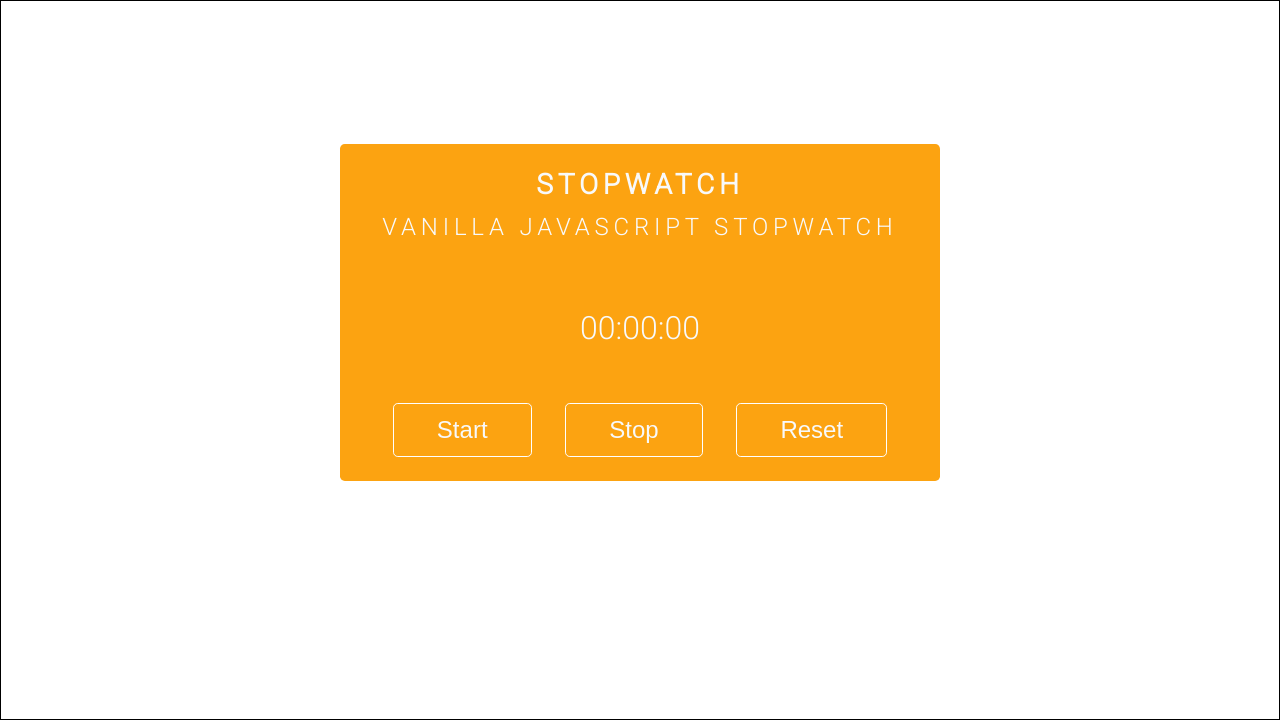
Repository: siaxiong/siaxiong.github.io
Page: doc/stopWatch.html
An editor plug-in stored every save of this project. The page is shown before and after the next save, followed by the edit.
The browser window is 1280 px wide. The pictures show the whole page.

Above is the page before, as saved 2021-03-10 21:34:02.

### doc/stopWatch.html
<!DOCTYPE html>
<html lang="en">

<head>
    <meta charset="UTF-8">
    <meta http-equiv="X-UA-Compatible" content="IE=edge">
    <meta name="viewport" content="width=device-width, initial-scale=1.0">
    <link rel="preconnect" href="https://fonts.gstatic.com">
    <link href="https://fonts.googleapis.com/css2?family=Roboto:wght@300&display=swap" rel="stylesheet">
    <title>StopWatch</title>
</head>

<style>
    * {
        box-sizing: border-box;
        padding: 0;
        margin: 0;
    }


    .container {
        border: 1px solid black;
        height: 100vh;
    }

    .stopwatch {
        margin: 0 auto;
        max-width: 600px;
        width: 100%;

        color: #f8f9fa;
        font-family: 'Roboto', sans-serif;
        text-align: center;

        font-size: 1.5rem;
        border-radius: 0.2em;

    }

    .stopwatch--orange {
        background-color: #fca311;

    }

    .stopwatch__title,
    .stopwatch__time,
    .stopwatch__buttons {
        padding: 1em 1.5em;
        /* margin: 1em 0; */
        /* border: 1px solid yellow; */
    }

    .stopwatch__title {
        overflow-wrap: break-word;
        letter-spacing: 0.2em;
        /* font-size: 1.5rem; */
    }

    .stopwatch__title>* + *{
        margin: 0.5em 0;

    }

    .stopwatch__buttons {
        display: flex;
        justify-content: space-around;
        flex-wrap: wrap;
    }



    .stopwatch__time {
        overflow-wrap: break-word;
        font-size: 2rem;
    }

    .stopwatch__buttons>* {
        border: 1px solid #fff;
        border-radius: 0.2em;
        padding: 0.5em 1.8em;
        font-size: inherit;
        color: inherit;
        background-color: inherit;

    }

    .stopwatch--position {
        position: absolute;
        top: 20%;
        left: 50%;
        transform: translateX(-50%);

    }

    @media only screen and (max-width: 700px) {
        .stopwatch {
            max-width: 90%;
        }
    }

    @media only screen and (max-width:500px) {
        .stopwatch__buttons>* {
            flex: 1;
        }
    }
</style>

<body>

    <!-----USE BEM METHODOLOGY-->
    <div class="container">

        <div class="stopwatch stopwatch--orange stopwatch--medium stopwatch--position">
            <div class="stopwatch__title">
                <h3>STOPWATCH</h3>
                <p>VANILLA JAVASCRIPT STOPWATCH</p>
            </div>

            <div id="stopwatch__time" class="stopwatch__time">
                00:00:00

            </div>

            <div class="stopwatch__buttons">
                <button id="stopwatch__button--start" class="stopwatch__button">
                    Start
                </button>
                <button id="stopwatch__button--stop" class="stopwatch__button">
                    Stop
                </button>
                <button id="stopwatch__button--reset"class="stopwatch__button">
                    Reset
                </button>
            </div>

        </div>

    </div>

    <script>

        let startButton = document.getElementById('stopwatch__button--start');
        let stopButton = document.getElementById('stopwatch__button--stop');
        let resetButton = document.getElementById('stopwatch__button--reset');

        let startTime;
        let elapsedTime = 0;
        let timerInterval;

        startButton.addEventListener("click", start);
        stopButton.addEventListener("click", stop);
        resetButton.addEventListener("click", reset);



        function start(){
            startTime = Date.now() - elapsedTime;
            timerInterval = setInterval(function printTime(){
                elapsedTime = Date.now() - startTime;
                print(timeToString(elapsedTime));
            }, 10)
        }

        function stop(){
            clearInterval(timerInterval);
        }

        function reset(){
            clearInterval(timerInterval);
            print("00:00:00");
            elapsedTime = 0;
        }

        function print(txt){
            document.getElementById("stopwatch__time").innerHTML = txt;
        }

        function timeToString(time) {

            let diffInHrs = time / 3600000;
            let hh = Math.floor(diffInHrs)

            let diffInMin = (diffInHrs - hh) * 60;
            let mm = Math.floor(diffInMin)

            let diffInSec = (diffInMin - mm) * 60;
            let ss = Math.floor(diffInSec);

            let DiffInMs = (diffInSec - ss) * 100;
            let ms = Math.floor(DiffInMs);


            let formattedMM = mm.toString().padStart(2, "0");
            let formattedSS = ss.toString().padStart(2, "0");
            let formattedMS = ms.toString().padStart(2, "0");


            return `${formattedMM}:${formattedSS}:${formattedMS}`;
        }




    </script>


</body>

</html>

After the next save:
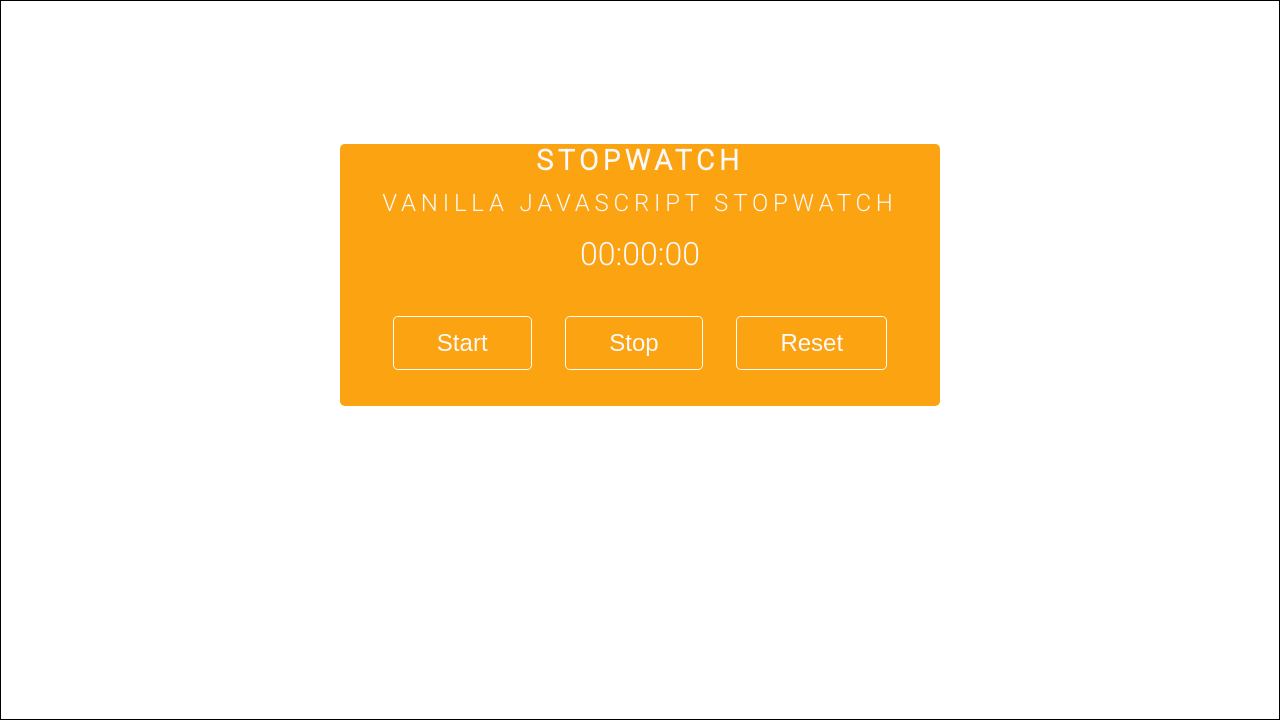
Saved 5 min 11 s later.
--- a/doc/stopWatch.html
+++ b/doc/stopWatch.html
@@ -42,10 +42,9 @@
 
     }
 
-    .stopwatch__title,
     .stopwatch__time,
     .stopwatch__buttons {
-        padding: 1em 1.5em;
+        padding: 1.5em;
         /* margin: 1em 0; */
         /* border: 1px solid yellow; */
     }
@@ -72,6 +71,7 @@
     .stopwatch__time {
         overflow-wrap: break-word;
         font-size: 2rem;
+        padding: 0.2em;
     }
 
     .stopwatch__buttons>* {
